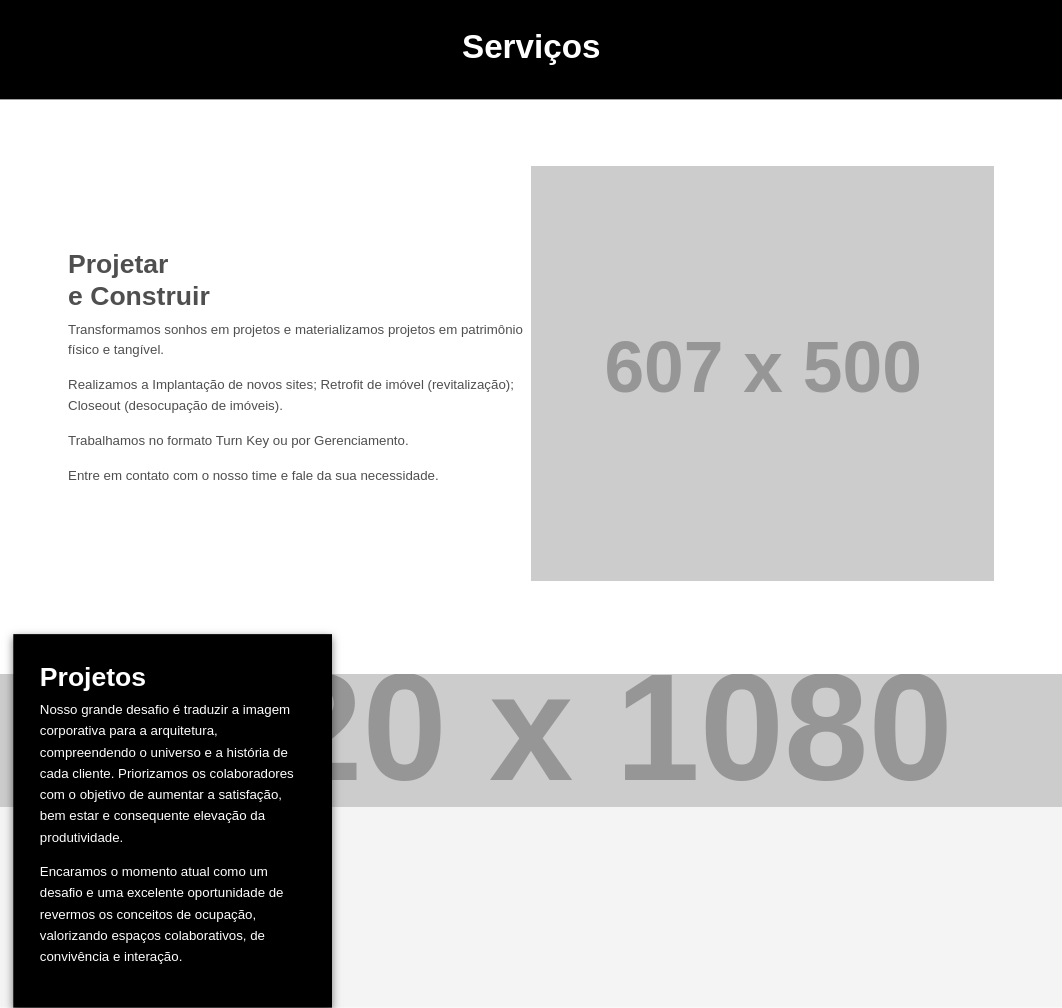
Repository: Upstairs-Agencia/studio-conceito-react
Page: /servicos
An editor plug-in stored every save of this project. The page is shown before and after the next save, followed by the edit.
The browser window is 1280 px wide. The pictures show the whole page, at 83% of full size.
The project was rebuilt for these pictures with package versions that can differ from the ones it lists, and the page was loaded fresh each time. Also part of the build but not shown: src/pages/Home.js, src/pages/QuemSomos.js, src/pages/Cases.js, src/pages/Blog.js, src/pages/Clientes.js, src/pages/Contato.js.

Above is the page before, as saved 2024-12-28 03:12:33.

After the next save:
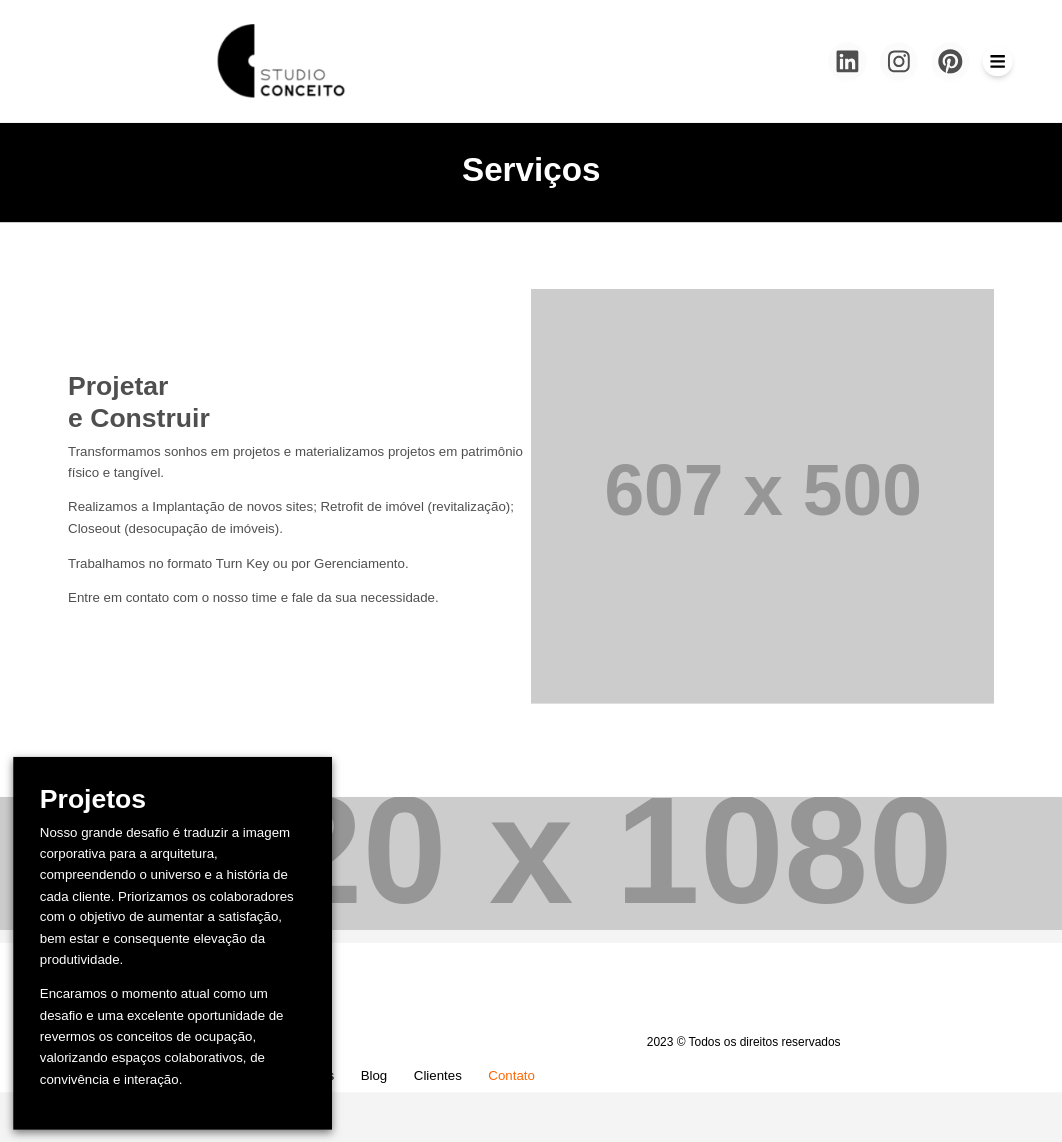
Saved 80 s later.
--- a/src/pages/Servicos.js
+++ b/src/pages/Servicos.js
@@ -1,5 +1,8 @@
 import React from "react";
 import { MDBContainer } from "mdb-react-ui-kit";
+
+import Navbar from '../components/navbar';
+import Footer from '../components/footer';
 
 const Servicos = () => {
   // Placeholder de imagens
@@ -9,6 +12,9 @@ const Servicos = () => {
   return (
     <>
       {/* Navbar */}
+      <Navbar/>
+
+
       <header style={{ backgroundColor: "black", color: "white", padding: "2rem 0", textAlign: "center" }}>
         <h1 className="fw-bold">Serviços</h1>
       </header>
@@ -85,6 +91,8 @@ const Servicos = () => {
           </div>
         </MDBContainer>
       </section>
+
+      <Footer/>
     </>
   );
 };
